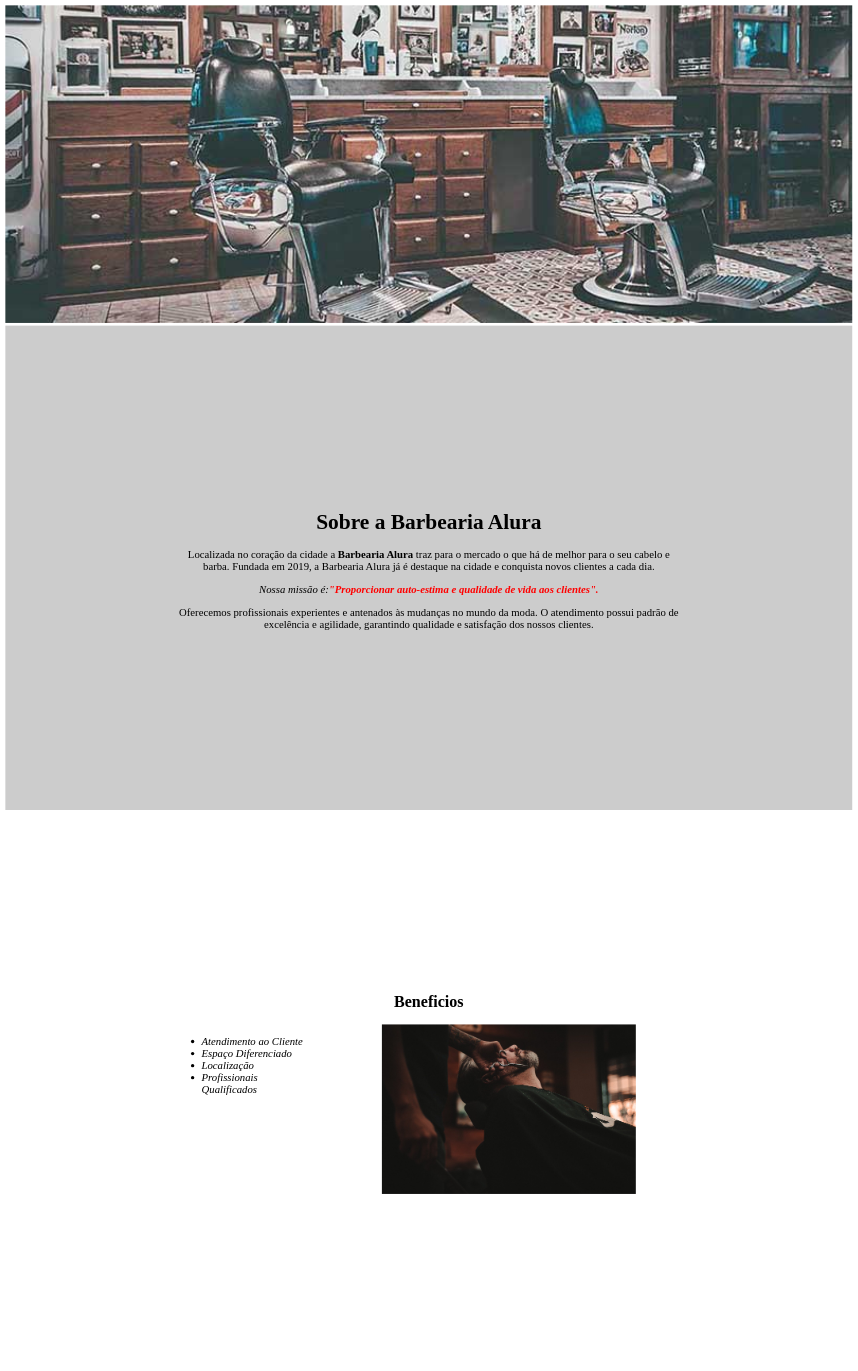
Repository: AnaBerlanda/AulaAlura
Page: index.html
An editor plug-in stored every save of this project. The page is shown before and after the next save, followed by the edit.
The browser window is 1280 px wide. The pictures show the whole page, at 67% of full size.

Above is the page before, as saved 2022-04-08 15:08:18.

After the next save:
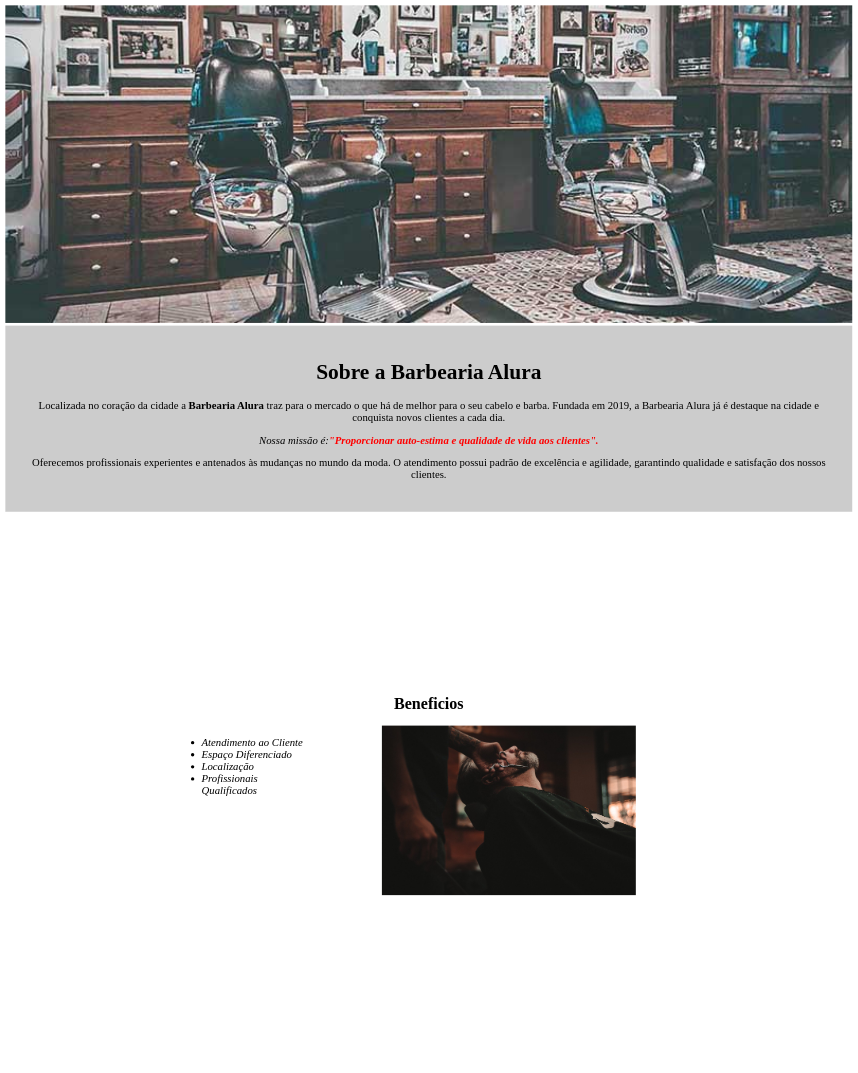
Saved 115 s later.
--- a/index.css
+++ b/index.css
@@ -12,7 +12,7 @@ h1{
 }
 .principal{
     background-color:#CCCCCC;
-    padding: 20%;
+    padding: 30px;
 
 
 }
